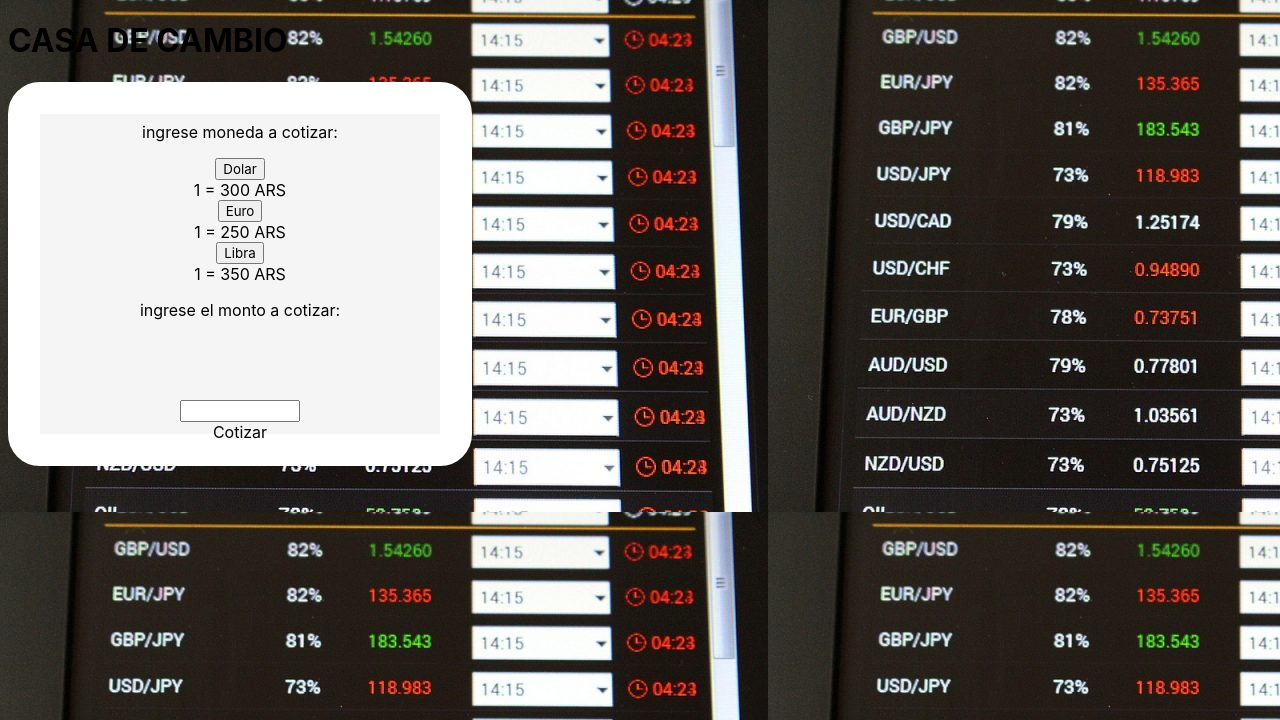
Repository: AgusL01/Bootstrap-Agustin-lago-
Page: Desktop/clases coder/proyecto-final-agustin-lago-main/index.html
An editor plug-in stored every save of this project. The page is shown before and after the next save, followed by the edit.
The browser window is 1280 px wide. The pictures show the whole page.

Above is the page before, as saved 2022-08-25 14:59:16.
Console error: ReferenceError: getElemenById is not defined

### Desktop/clases coder/proyecto-final-agustin-lago-main/index.html
<!DOCTYPE html>
<html lang="es">
<head>
    <meta charset="UTF-8">
    <meta http-equiv="X-UA-Compatible" content="IE=edge">
    <meta name="viewport" content="width=+, initial-scale=1.0">
    <title>Casa de cambio</title>
    <link rel="stylesheet" href="./css/estilo.css">
</head>
<body>
    <h1>CASA DE CAMBIO</h1>
    <form class="formulario">
            <p>ingrese moneda a cotizar:</p>
            <button id="dolar">Dolar</button>1 = 300 ARS
            <button id="euro">Euro</button>1 = 250 ARS
            <button id="libra">Libra</button>1 = 350 ARS
            <p>ingrese el monto a cotizar:</p>
            <input type="number"
            <button class="cotizar">Cotizar</button>
    </form>
    <script src="./js/main.js"></script>
</body>
</html>

### Desktop/clases coder/proyecto-final-agustin-lago-main/css/estilo.css
*{
    font-family: 'Inter', sans-serif;
}
body{
    background-image: url(/imagenes/courses-643727_960_720-768x512.jpg);
    height: 100%;
}
.dolar, .euro, .libra{
display: inline-block;
}
.formulario{
    justify-content: center;
    display: flex;
    flex-direction:column;
    align-items: center;
    text-align: center;
    background-color: #f5f5f5;
    border: 2rem, solid ,white;
    border-radius: 2rem;
    width: 25rem;
    height: 20rem;
}



.cotizar{
    width: 7rem;
    height: 2rem;
    margin-top: 4rem;
}
.titleMain {
    text-align: center;
    font-size: 3rem;
    margin-top: 4rem;
}

### Desktop/clases coder/proyecto-final-agustin-lago-main/js/main.js
/*se declaran en variables el valor de cada moneda*/

    let dolar = 300
    let euro = 250
    let libra = 350

let monedaDolar = getElemenById('dolar')

After the next save:
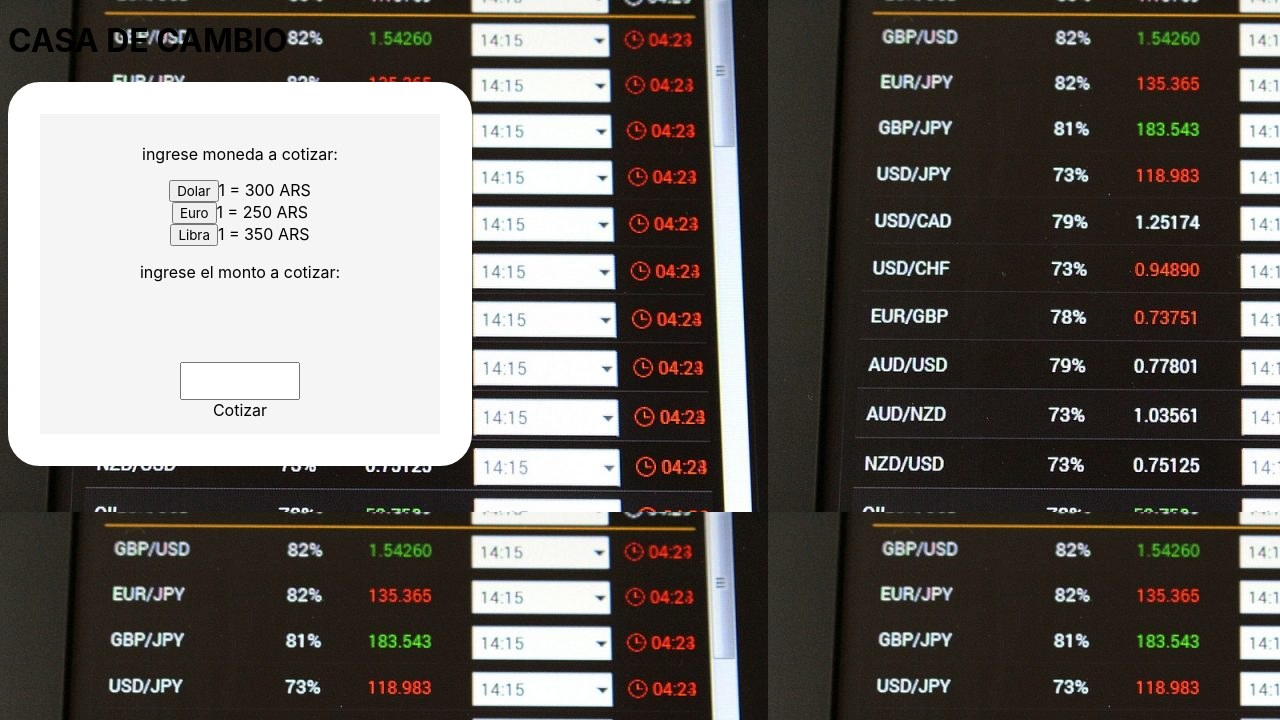
Saved 52 s later.
--- a/Desktop/clases coder/proyecto-final-agustin-lago-main/index.html
+++ b/Desktop/clases coder/proyecto-final-agustin-lago-main/index.html
@@ -11,9 +11,9 @@
     <h1>CASA DE CAMBIO</h1>
     <form class="formulario">
             <p>ingrese moneda a cotizar:</p>
-            <button id="dolar">Dolar</button>1 = 300 ARS
-            <button id="euro">Euro</button>1 = 250 ARS
-            <button id="libra">Libra</button>1 = 350 ARS
+            <div><button id="dolar">Dolar</button>1 = 300 ARS</div>
+            <div><button id="euro">Euro</button>1 = 250 ARS</div>
+            <div><button id="libra">Libra</button>1 = 350 ARS</div>
             <p>ingrese el monto a cotizar:</p>
             <input type="number"
             <button class="cotizar">Cotizar</button>
